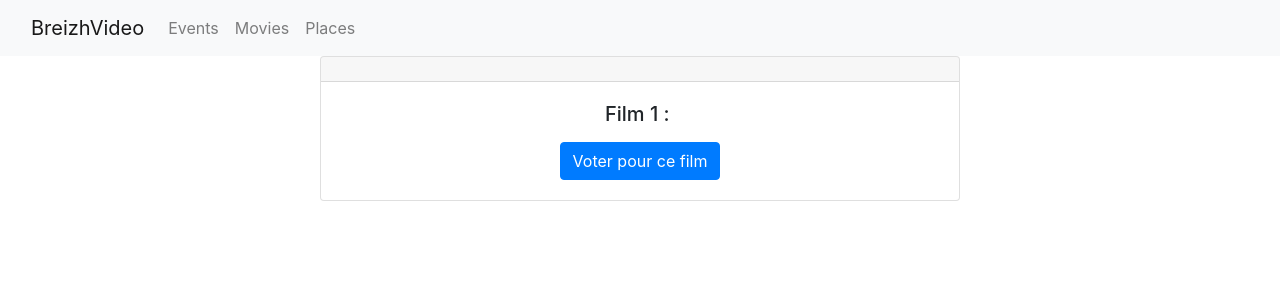
Repository: romgrm/Hackaton_BreizhVideo_FRONT
Page: /Events
The author's editor kept a copy of each file at every save. The page is drawn from the files as they stood at one save, then again after the next save.
The browser window is 1280 px wide. The pictures show the whole page.
The page's requests for data from a server got no answer. Some web libraries are served in a nearby version. The project was rebuilt for these pictures with package versions that can differ from the ones it lists, and the page was loaded fresh each time. No one was signed in, and anything a server would have sent is missing. Also part of the build but not shown: src/Components/Films.js, src/Components/Village.js.

Above is the page before, as saved 2020-12-21 20:17:03.

After the next save:
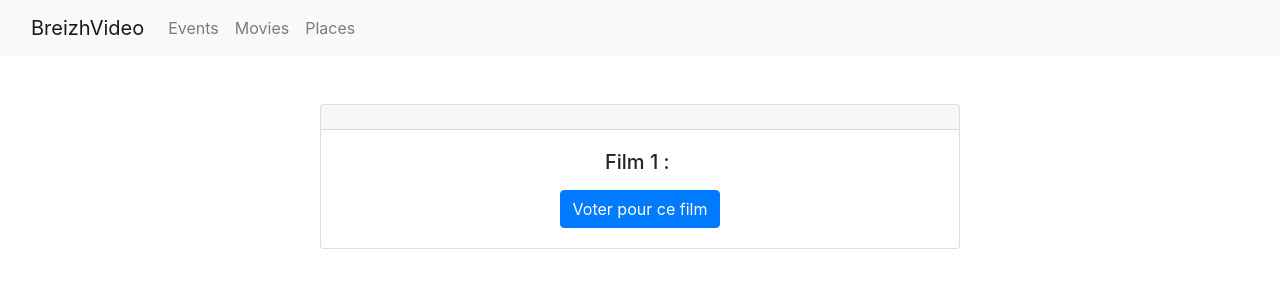
Saved 14 s later.
--- a/src/Components/Events.js
+++ b/src/Components/Events.js
@@ -18,7 +18,7 @@ export default function Events() {
     }, []);
 
     return (
-        <div class="card text-center w-50 my-auto mx-auto">
+        <div class="card text-center w-50 my-5 mx-auto">
             <div class="card-header">
                 {event.map((current) => (
                     <h1 key={current.id}> Passage à {current.representations.village.name}, le {current.representations.release_date}</h1>
